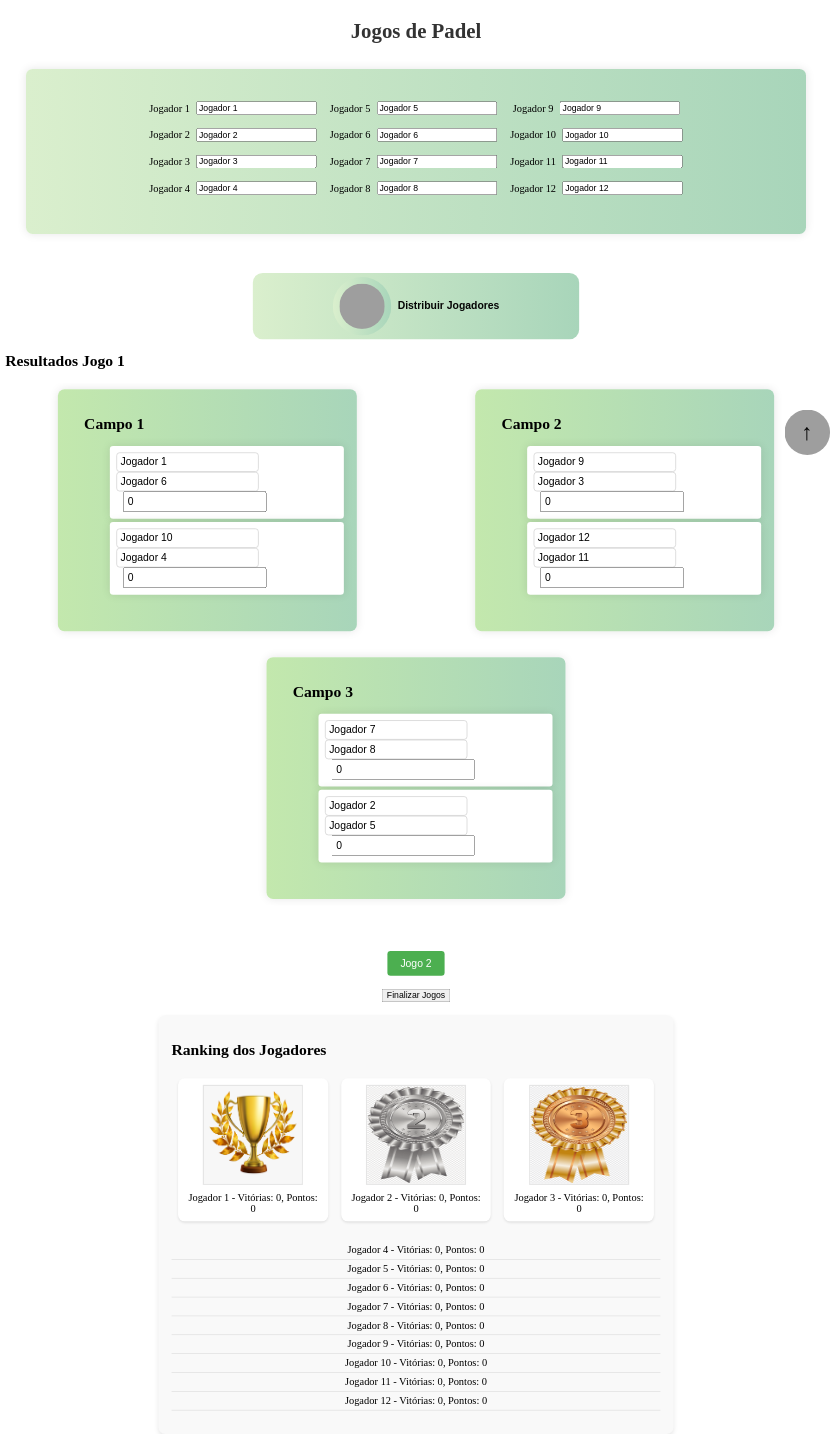
Repository: MarcioMiguel22/PadelMaster
Page: /calculadora, after clicking the first element matching `button.DistributeButton_2b358_distributeButton`
An editor plug-in stored every save of this project. The page is shown before and after the next save, followed by the edit.
The browser window is 1280 px wide. The pictures show the whole page, at 65% of full size.
Pictures or frames that could not be fetched are drawn as grey boxes. The project was rebuilt for these pictures with package versions that can differ from the ones it lists, and the page was loaded fresh each time. Also part of the build but not shown: vite.config.ts, src/pages/Home/Home.tsx, src/pages/Player/playerComponent.module.css, src/pages/Player/playerComponent.tsx, src/index.css.

Above is the page before, as saved 2024-06-17 23:42:39.

After the next save:
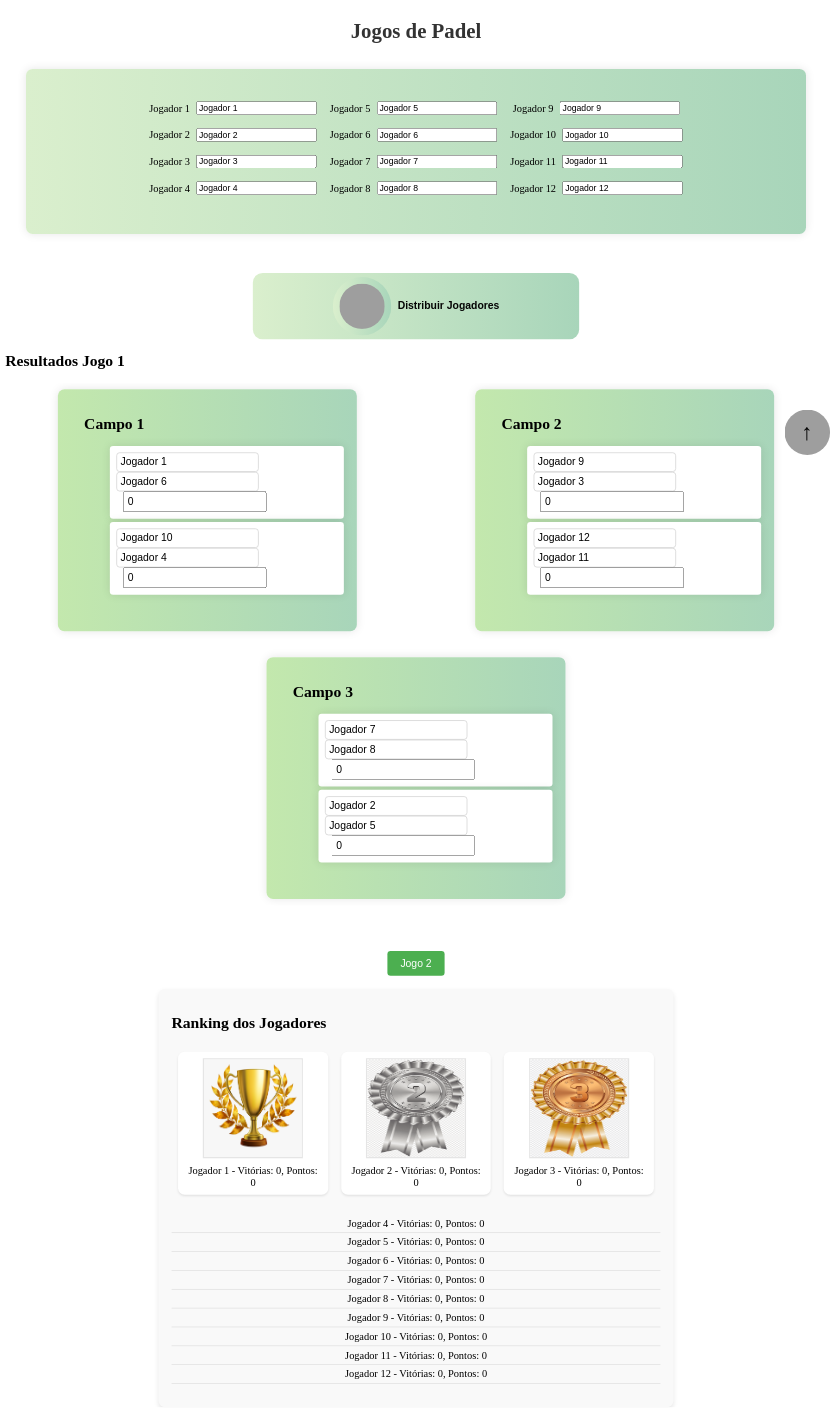
Saved 4 min 44 s later.
--- a/src/pages/Calculadora/Calculadora.tsx
+++ b/src/pages/Calculadora/Calculadora.tsx
@@ -175,7 +175,7 @@ const CalculadoraApp: React.FC = () => {
         {jogos.length > 0 && jogos.length < 5 && (
           <button onClick={() => iniciarProximoJogo(jogos, setJogos)} className="distribute-button">Jogo {jogos.length + 1}</button>
         )}
-        {jogos.length > 0 && (
+        {jogos.length > 0 && jogos.length === 5 && (
           <button onClick={finalizarJogos} className="finalizar-button">Finalizar Jogos</button>
         )}
         <ScrollToTopButton />
